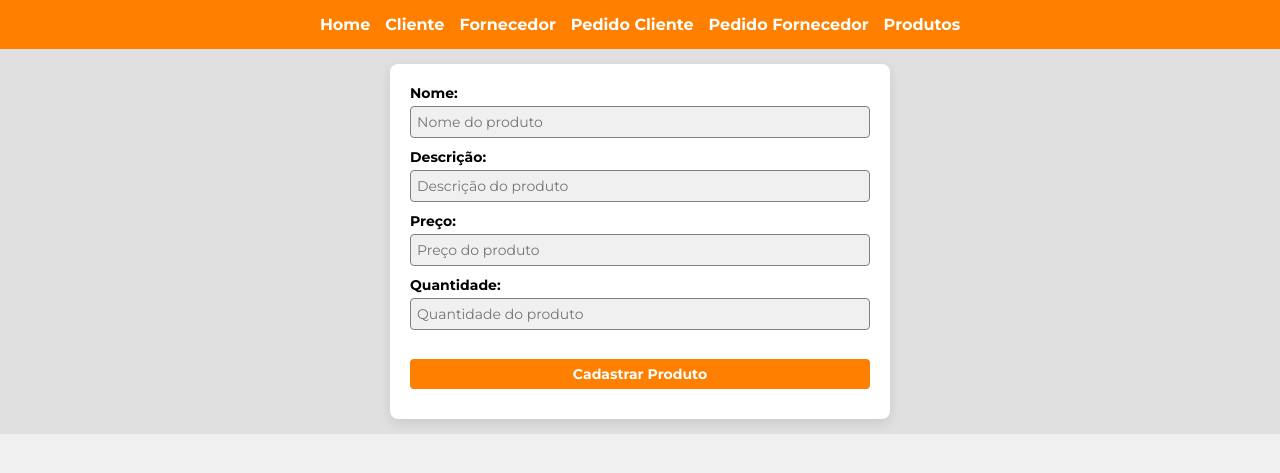
Repository: walterdmp/JavaWeb_BartoBotinas
Page: http://localhost/BartoBotinas/cadastrarProduto.jsp
These files come from the project's save history. The page is drawn as it stood at one moment and after the next save; the edit follows.
The browser window is 1280 px wide. The pictures show the whole page.
The page is served by Tomcat 9. Other server files are loaded and not shown.

Above is the page before, as saved 2024-07-30 23:06:06.

### BartoBotinas/WebContent/cadastrarProduto.jsp
<%@ page language="java" contentType="text/html; charset=UTF-8"
	pageEncoding="UTF-8"%>
<!DOCTYPE html>
<html>
<head>
<link rel="stylesheet" href="css/estilo.css">
<meta charset="UTF-8">
<title>Bartô Botinas - Produtos</title>
</head>
<body>
	<nav class="bartoNav">
		<ul>
			<li><a href="home.jsp">Home</a></li>
			<li><a href="cadastrarCliente.jsp">Cliente</a></li>
			<li><a href="cadastrarFornecedor.jsp">Fornecedor</a></li>
			<li><a href="cadastrarPedidoCliente.jsp">Pedido Cliente</a></li>
			<li><a href="cadastrarPedidoFornecedor.jsp">Pedido
					Fornecedor</a></li>
			<li><a href="cadastrarProdutos.jsp">Produtos</a></li>
		</ul>
	</nav>
	<main class="bartoMain">
		<form action="cadastrarProduto" method="post" class="bartoForm">
			<div>
				<label for="nome"><strong>Nome:</strong></label> <input type="text"
					id="nome" name="nome" placeholder="Nome do produto" required>
			</div>
			<div>
				<label for="descricao"><strong>Descrição:</strong></label> <input
					type="text" id="descricao" name="descricao"
					placeholder="Descrição do produto" required>
			</div>
			<div>
				<label for="preco"><strong>Preço:</strong></label> <input
					type="number" step="0.01" id="preco" name="preco"
					placeholder="Preço do produto" required>
			</div>
			<div>
				<label for="quantidade"><strong>Quantidade:</strong></label> <input
					type="number" id="quantidade" name="quantidade"
					placeholder="Quantidade do produto" required>
			</div>
			<br>
			<div>
				<input id="bartoButton" type="submit" name="salvar"
					value="Cadastrar Produto">
			</div>
		</form>
	</main>
</body>
</html>

### BartoBotinas/WebContent/css/estilo.css
@charset "ISO-8859-1";

@import
	url('https://fonts.googleapis.com/css2?family=Montserrat:ital,wght@0,100;0,200;0,300;0,400;0,500;0,600;0,700;0,800;0,900;1,100;1,200;1,300;1,400;1,500;1,600;1,700;1,800&display=swap')
	;

* {
	margin: 0;
	padding: 0;
	box-sizing: border-box;
	text-decoration: none;
	list-style: none;
	font-family: 'Montserrat', sans-serif;
}

body {
	background-color: #f0f0f0;
}

/* Estilos de Navegação */
.bartoNav {
	width: 100%;
	background-color: #ff8000;
}

.bartoNav ul {
	display: flex;
	flex-direction: row;
	gap: 15px; /* Diminuiu o espaço entre itens */
	justify-content: center;
	padding: 15px; /* Diminuiu o padding */
	color: white;
	font-weight: bold;
}

.bartoNav a {
	color: white;
	transition: color 0.3s ease;
}

.bartoNav a:hover {
	color: #ffe0b3;
}

/* Estilos Principais */
.bartoMain {
	display: flex;
	justify-content: center;
	align-items: center;
	background-color: #e0e0e0;
	width: 100%;
	height: auto; /* Ajuste para a altura do conteúdo */
	padding: 15px; /* Diminuiu o padding */
}

.empresaInfo, .bartoForm, .itensPedidoForm, .fornecedorForm,
	.produtoForm {
	display: flex;
	flex-direction: column;
	padding: 20px; /* Diminuiu o padding */
	width: 100%;
	max-width: 500px; /* Ajustado para tamanho menor */
	background-color: white;
	border-radius: 8px; /* Diminuiu o border-radius */
	box-shadow: 0 4px 12px rgba(0, 0, 0, 0.1); /* Diminuiu o box-shadow */
}

.bartoForm input, .itensPedidoForm input, .fornecedorForm input,
	.produtoForm input, .empresaInfo input {
	border-radius: 4px; /* Diminuiu o border-radius */
	border: 1px solid gray;
	width: 100%;
	padding: 6px; /* Diminuiu o padding */
	background-color: #f0f0f0;
	font-size: 14px; /* Diminuiu o tamanho da fonte */
	transition: background-color 0.3s ease, border-color 0.3s ease;
}

.bartoForm input:focus, .itensPedidoForm input:focus, .fornecedorForm input:focus,
	.produtoForm input:focus {
	background-color: #fff;
	border-color: #ff8000;
	outline: none;
}

.bartoForm div, .itensPedidoForm div, .fornecedorForm div, .produtoForm div
	{
	display: flex;
	flex-direction: column;
	width: 100%;
	margin-bottom: 10px; /* Diminuiu o margin-bottom */
}

.bartoForm label, .itensPedidoForm label, .fornecedorForm label,
	.produtoForm label {
	margin-bottom: 4px; /* Diminuiu o margin-bottom */
	font-weight: 600;
	font-size: 14px; /* Diminuiu o tamanho da fonte */
}

#bartoButton {
	background-color: #ff8000;
	border: none;
	color: white;
	font-weight: bold;
	padding: 6px 12px; /* Diminuiu o padding */
	border-radius: 4px; /* Diminuiu o border-radius */
	cursor: pointer;
	transition: background-color 0.3s ease;
	font-size: 14px; /* Diminuiu o tamanho da fonte */
}

#bartoButton:hover {
	background-color: #cc6600;
}

/* Estilos para a Página da Empresa */
.empresaInfo h1, .itensPedidoForm h1, .fornecedorForm h1, .produtoForm h1
	{
	margin-bottom: 10px; /* Diminuiu o margin-bottom */
	font-size: 20px; /* Diminuiu o tamanho da fonte */
	color: #333;
}

.empresaInfo p {
	margin-bottom: 6px; /* Diminuiu o margin-bottom */
	font-size: 14px; /* Diminuiu o tamanho da fonte */
	color: #666;
}

.empresaInfo p strong {
	color: #333;
}

/* Estilos de Mídia Responsiva */
@media ( max-width : 600px) {
	.bartoNav ul {
		flex-direction: column;
		gap: 8px; /* Diminuiu o espaço entre itens */
	}
	.bartoForm, .empresaInfo, .itensPedidoForm, .fornecedorForm,
		.produtoForm {
		padding: 15px; /* Diminuiu o padding */
		width: 100%;
	}
	.bartoForm input, .itensPedidoForm input, .fornecedorForm input,
		.produtoForm input {
		width: 100%;
	}
}

After the next save:
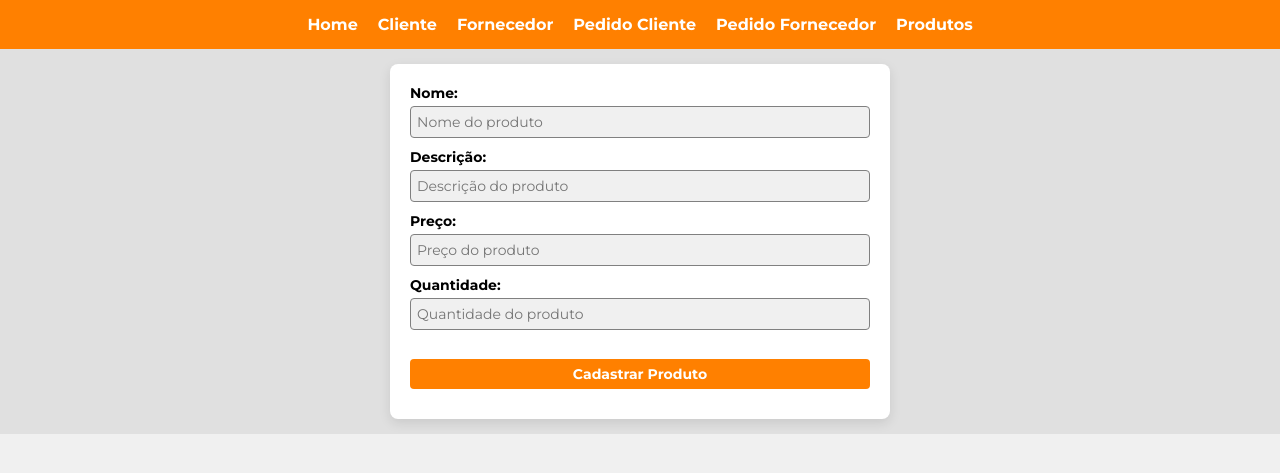
Saved 78 min 15 s later.
--- a/BartoBotinas/WebContent/css/estilo.css
+++ b/BartoBotinas/WebContent/css/estilo.css
@@ -26,7 +26,7 @@ body {
 .bartoNav ul {
 	display: flex;
 	flex-direction: row;
-	gap: 15px; /* Diminuiu o espaço entre itens */
+	gap: 20px; /* Diminuiu o espaço entre itens */
 	justify-content: center;
 	padding: 15px; /* Diminuiu o padding */
 	color: white;
